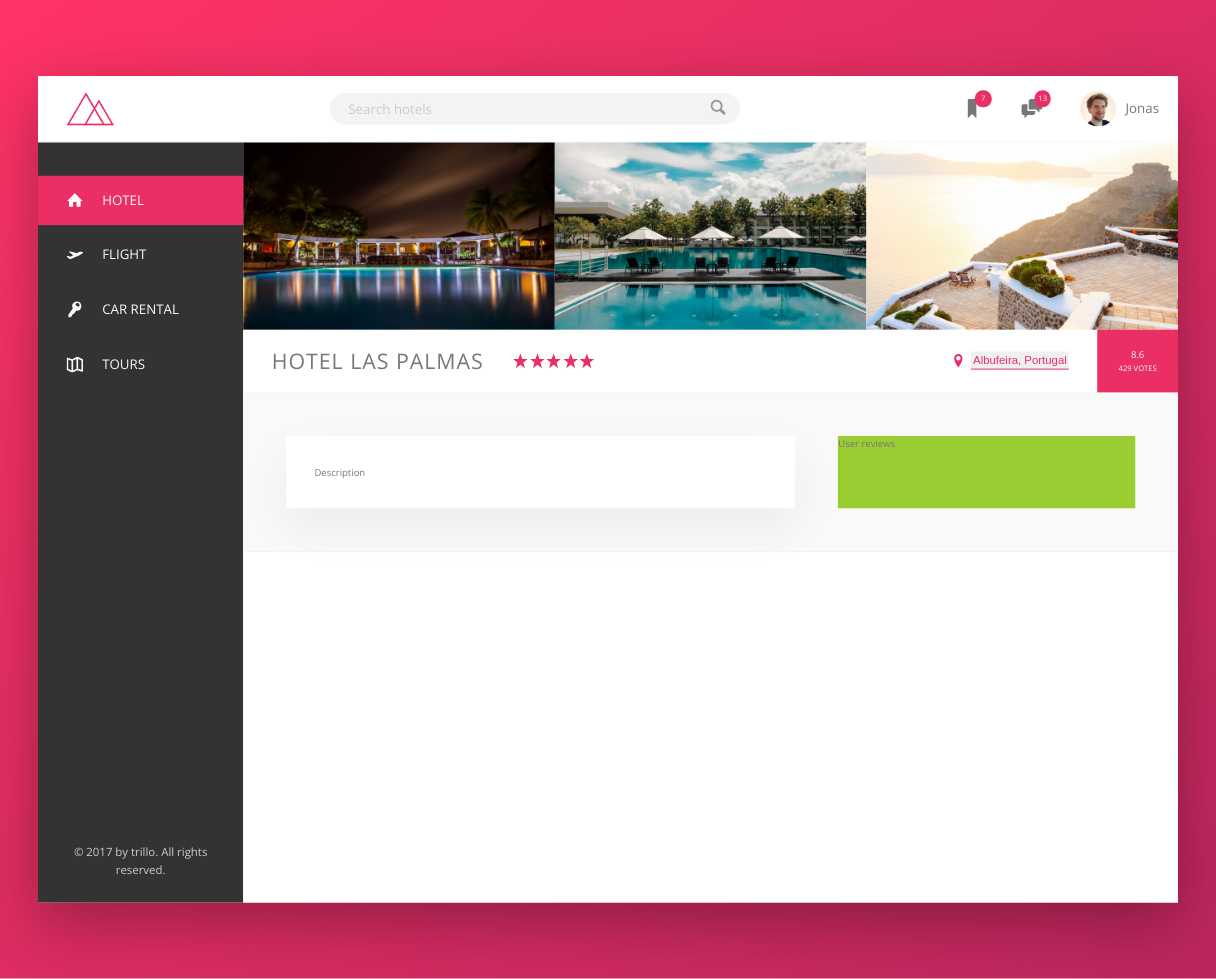
Repository: MalgorzataMazur/Trillo
Page: index.html
These files come from the project's save history. The page is drawn as it stood at one moment and after the next save; the edit follows.
The browser window is 1280 px wide. The pictures show the whole page, at 95% of full size.
The style sheet was rebuilt from its Sass, Less or Tailwind sources for each picture, by a compiler version that may differ from the author's.

Above is the page before, as saved 2020-03-27 18:45:36.

After the next save:
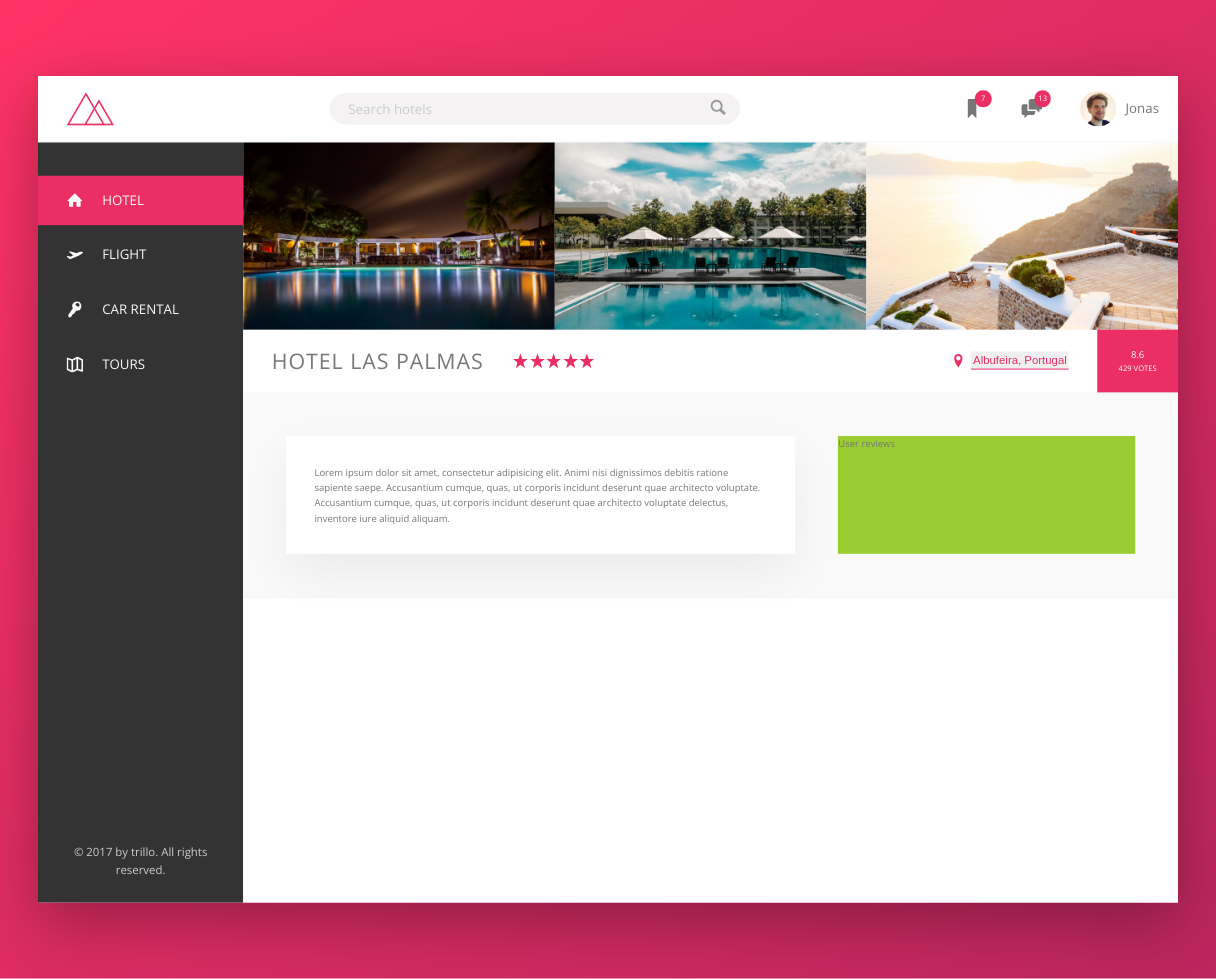
Saved 3 min 55 s later.
--- a/index.html
+++ b/index.html
@@ -137,7 +137,12 @@
 
                     <div class="detail">
                         <div class="description">
-                             Description
+                             <p class="paragraph">
+                                Lorem ipsum dolor sit amet, consectetur adipisicing elit. Animi nisi dignissimos debitis ratione sapiente saepe. Accusantium cumque, quas, ut corporis incidunt deserunt quae architecto voluptate.
+                             </p>
+                             <p class="paragraph">
+                                Accusantium cumque, quas, ut corporis incidunt deserunt quae architecto voluptate delectus, inventore iure aliquid aliquam.
+                             </p>
                         </div>
 
                         <div class="user-reviews">
